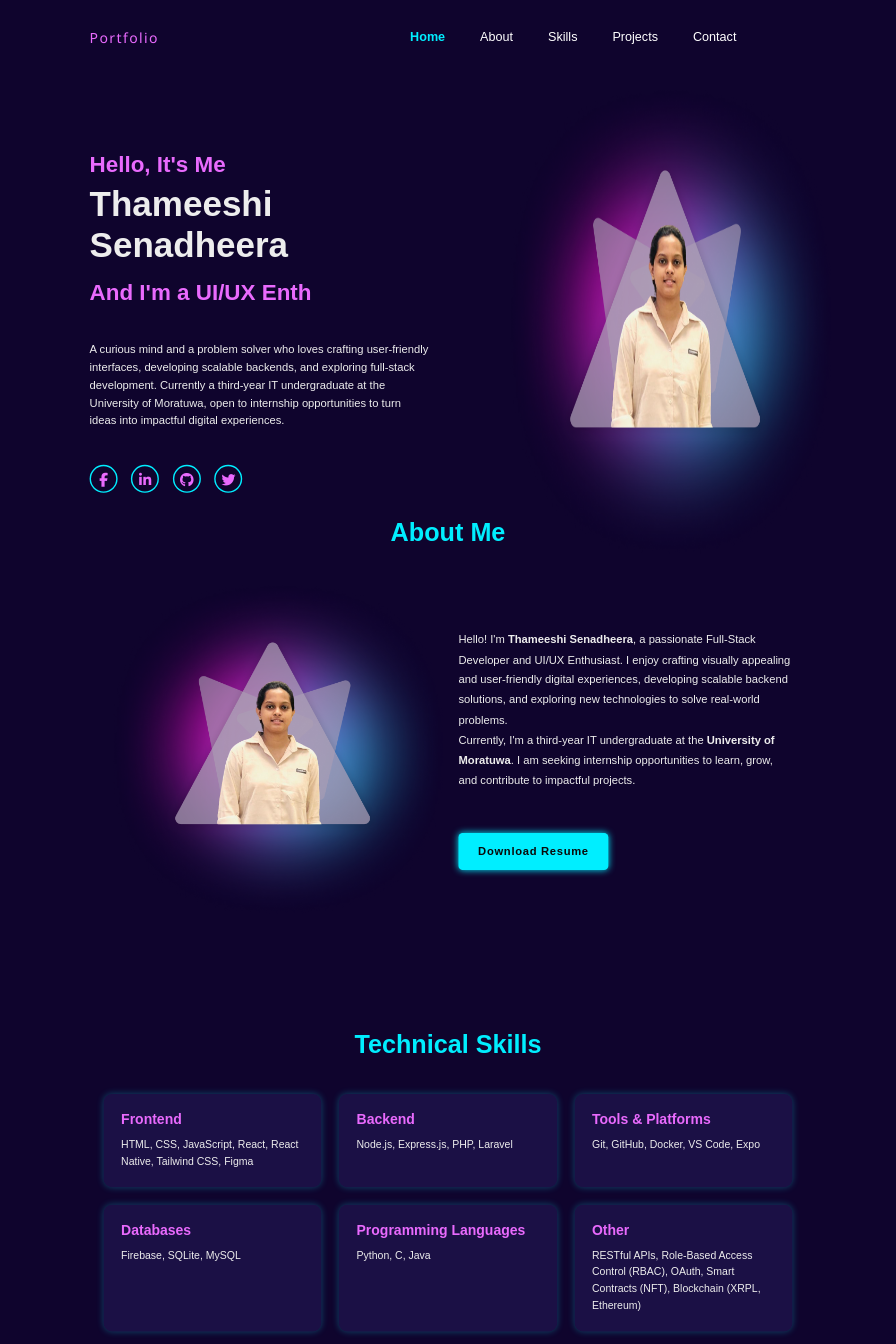
Repository: Thameeshi/portfolio-website
Page: http://localhost/
The author's editor kept a copy of each file at every save. The page is drawn from the files as they stood at one save, then again after the next save.
The browser window is 1280 px wide. The pictures show the part of the page from y = 0 to 1920 px (the page is 3616 px tall), at 70% of full size.
Some web libraries are served in a nearby version. The page is served by the project's Node server (server.js).

Above is the page before, as saved 2025-09-10 11:06:42.

### public/css/style.css
/* Reset */
* {
    margin: 0;
    padding: 0;
    box-sizing: border-box;
    font-family: 'Poppins', sans-serif;
}

/* Body */
body {
    background: #0F042D;
    color: #ededed;
    scroll-behavior: smooth;
    overflow-x: hidden;
}

/* Header */
.header {
    position: fixed;
    top: 0;
    left: 0;
    width: 100%;
    padding: 40px 10%;
    display: flex;
    justify-content: space-between;
    align-items: center;
    z-index: 100;
    transition: background 0.3s ease-in-out;
}

.logo {
    font-size: 20px;
    color: #E96AFD;
    text-decoration: none;
    font-weight: 550;
    letter-spacing: 2px;
    font-family: 'Segoe UI', Tahoma, Geneva, Verdana, sans-serif;
    transition: transform 0.3s ease;
}
.logo:hover { transform: scale(1.1) rotate(-3deg); }

.navbar {
    display: flex;
    align-items: center;
    margin-right: 100px;
}
.navbar a {
    display: inline-block;
    font-size: 18px;
    color: #fff;
    text-decoration: none;
    font-weight: 500;
    margin-left: 50px;
    position: relative;
    transition: color 0.3s ease;
}
.navbar a::after {
    content: '';
    position: absolute;
    left: 0;
    bottom: -5px;
    width: 0;
    height: 2px;
    background: #0ef;
    transition: width 0.3s;
}
.navbar a:hover { color: #0ef; }
.navbar a:hover::after { width: 100%; }
.navbar a.active { color: #0ef; font-weight: 700; }

/* Home Section */
.home {
    display: flex;
    align-items: center;
    justify-content: space-between;
    padding: 50px 10%;
    height: 100vh;
    gap: 50px;
}

.home-content {
    flex: 1;
    max-width: 600px;
    animation: fadeIn 2s ease-in-out;
    margin-top: 200px;
}
.home-content h3 { font-size: 32px; font-weight: 700; color: #E96AFD; margin-bottom: 10px; animation: slideInLeft 1s ease; }
.home-content h1 { font-size: 50px; font-weight: 800; margin-bottom: 20px; animation: slideInRight 1.2s ease; }
.home-content p { line-height: 1.6; font-size: 16px; margin-bottom: 25px; margin-top:50px;animation: fadeInUp 1.5s ease; }

.btn-box {
    display: inline-block;
    padding: 12px 28px;
    background: #0ef;
    border-radius: 6px;
    font-size: 16px;
    color: #0a0a0a;
    font-weight: 600;
    letter-spacing: 1px;
    text-decoration: none;
    transition: 0.3s;
    box-shadow: 0 0 10px #0ef;
}
.btn-box:hover {
    background: #0c9;
    box-shadow: 0 0 20px #0ef, 0 0 40px #0ef;
    transform: scale(1.05);
}

/* Social Links */
.home-sci { margin-top: 50px; }
.home-sci a {
    display: inline-block;
    width: 40px;
    height: 40px;
    border: 2px solid #0ef;
    border-radius: 50%;
    font-size: 20px;
    color: #E96AFD;
    text-align: center;
    line-height: 40px;
    margin-right: 15px;
    transition: 0.4s;
}
.home-sci a:hover {
    background: #E96AFD;
    color: #0a0a0a;
    box-shadow: 0 0 20px #E96AFD;
}

/* Image next to home-content */
.image {
    flex: 1;
    max-width: auto;
    animation: float 3s ease-in-out infinite;
}
.image img {
    width: 1000px;
    height: 700px;
    margin-left: 50px;
    margin-top: 200px;
}

/* Float animation */
@keyframes float {
    0%, 100% { transform: translateY(0); }
    50% { transform: translateY(-10px); }
}

/* About Section */
.about {
    padding: 70px 10%;
    color: #ededed;
    margin-top: -100px;
}
.about h2 { font-size: 36px; font-weight: 700; color: #0ef; margin-bottom: 40px; text-align: center; margin-top: 100px; }

.download { margin-top: 40px; }

.about-content {
    display: flex;
    align-items: center;
    justify-content: space-between;
    flex-wrap: wrap;
    gap: 30px;
    flex-direction: row-reverse;
}
.container { max-width: 1200px; margin: 0 auto; padding: 0 20px; margin-top: -50px; }
.about-text { flex: 1; min-width: 300px; font-size: 16px; line-height: 1.8; }
.about-text .btn-box { margin-top: 20px; }
.about-image { flex: 1; min-width: 400px; text-align: center; }
.about-image img { max-width: 500px; border-radius: 10px; }

/* Skills Section */
.skills {
    padding: 80px 10%;
    margin-top: 50px;
}
.skills h2 {
    font-size: 36px;
    font-weight: 700;
    color: #0ef;
    margin-bottom: 50px;
    text-align: center;
}
.skills-grid {
    display: grid;
    grid-template-columns: repeat(auto-fit, minmax(250px, 1fr));
    gap: 25px;
}
.skill-card {
    background: #1b1045;
    padding: 25px;
    border-radius: 12px;
    box-shadow: 0 0 10px rgba(14, 239, 255, 0.3);
    transition: transform 0.3s ease, box-shadow 0.3s ease;
}
.skill-card:hover {
    transform: translateY(-8px);
    box-shadow: 0 0 20px #0ef;
}
.skill-card h3 {
    font-size: 20px;
    color: #E96AFD;
    margin-bottom: 12px;
}
.skill-card p {
    font-size: 15px;
    line-height: 1.6;
    color: #ededed;
}

/* Projects Section */
.projects {
    padding: 80px 10%;
    margin-top: 50px;
}

.projects h2 {
    font-size: 36px;
    font-weight: 700;
    color: #0ef;
    margin-bottom: 50px;
    text-align: center;
}

.project-showcase {
    display: flex;
    justify-content: center;
    max-width: 1000px;
    margin: 0 auto;
}

.project-card {
    background: #1b1045;
    border-radius: 20px;
    overflow: hidden;
    box-shadow: 0 0 30px rgba(14, 239, 255, 0.2);
    transition: transform 0.3s ease, box-shadow 0.3s ease;
    width: 100%;
    display: flex;
    min-height: 500px;
}

.project-card:hover {
    transform: translateY(-5px);
    box-shadow: 0 0 40px rgba(14, 239, 255, 0.4);
}

.project-image-container {
    position: relative;
    flex: 1;
    overflow: hidden;
}

.project-images {
    position: relative;
    height: 100%;
    width: 100%;
}

.project-img {
    position: absolute;
    top: 0;
    left: 0;
    width: 100%;
    height: 100%;
    object-fit: cover;
    opacity: 0;
    transition: opacity 0.5s ease-in-out;
}

.project-img.active {
    opacity: 1;
}

.image-nav {
    position: absolute;
    bottom: 20px;
    left: 50%;
    transform: translateX(-50%);
    display: flex;
    gap: 10px;
    z-index: 3;
}

.nav-dot {
    width: 12px;
    height: 12px;
    border-radius: 50%;
    border: 2px solid rgba(255, 255, 255, 0.6);
    background: transparent;
    cursor: pointer;
    transition: all 0.3s ease;
}

.nav-dot:hover,
.nav-dot.active {
    background: #0ef;
    border-color: #0ef;
    transform: scale(1.2);
}

.project-overlay {
    position: absolute;
    top: 0;
    left: 0;
    right: 0;
    bottom: 0;
    background: linear-gradient(135deg, rgba(14, 239, 255, 0.8), rgba(233, 106, 253, 0.8));
    display: flex;
    align-items: center;
    justify-content: center;
    opacity: 0;
    transition: opacity 0.3s ease;
    z-index: 2;
}

.project-card:hover .project-overlay {
    opacity: 1;
}

.project-links {
    display: flex;
    gap: 20px;
}

.project-link {
    width: 60px;
    height: 60px;
    background: rgba(255, 255, 255, 0.2);
    border-radius: 50%;
    display: flex;
    align-items: center;
    justify-content: center;
    color: #fff;
    font-size: 24px;
    text-decoration: none;
    backdrop-filter: blur(10px);
    border: 2px solid rgba(255, 255, 255, 0.3);
    transition: all 0.3s ease;
}

.project-link:hover {
    background: rgba(255, 255, 255, 0.3);
    transform: scale(1.1);
    border-color: rgba(255, 255, 255, 0.6);
}

.project-info {
    flex: 1;
    padding: 40px;
    display: flex;
    flex-direction: column;
    justify-content: center;
}

.project-info h3 {
    font-size: 28px;
    color: #E96AFD;
    margin-bottom: 20px;
    font-weight: 700;
}

.project-info p {
    font-size: 16px;
    line-height: 1.7;
    color: #ededed;
    margin-bottom: 25px;
}

.project-features {
    display: grid;
    grid-template-columns: 1fr 1fr;
    gap: 15px;
    margin-bottom: 25px;
}

.feature {
    display: flex;
    align-items: center;
    gap: 8px;
    font-size: 14px;
    color: #ededed;
}

.feature i {
    color: #0ef;
    font-size: 16px;
}

.project-tech {
    display: flex;
    flex-wrap: wrap;
    gap: 10px;
}

.project-tech span {
    background: linear-gradient(135deg, #0ef, #E96AFD);
    color: #0a0a0a;
    padding: 8px 16px;
    border-radius: 25px;
    font-size: 13px;
    font-weight: 600;
    letter-spacing: 0.5px;
}

/* Responsive */
@media (max-width: 768px) {
    .projects {
        padding: 60px 5%;
    }

    .project-card {
        flex-direction: column;
        min-height: auto;
    }

    .project-image-container {
        height: 300px;
    }

    .project-info {
        padding: 30px 25px;
    }

    .project-info h3 {
        font-size: 24px;
    }

    .project-info p {
        font-size: 15px;
    }

    .project-features {
        grid-template-columns: 1fr;
        gap: 10px;
    }

    .project-links {
        gap: 15px;
    }

    .project-link {
        width: 50px;
        height: 50px;
        font-size: 20px;
    }
}

/* Add these styles to your existing stylesheet.css file */

/* Contact Section */
.contact {
    padding: 80px 10%;
    margin-top: 50px;
}

.contact h2 {
    font-size: 36px;
    font-weight: 700;
    color: #0ef;
    margin-bottom: 20px;
    text-align: center;
}

.contact > p {
    text-align: center;
    font-size: 18px;
    color: #ededed;
    margin-bottom: 50px;
    opacity: 0.8;
}

.contact-content {
    display: grid;
    grid-template-columns: 1fr 1fr;
    gap: 60px;
    max-width: 1200px;
    margin: 0 auto;
    align-items: start;
}

.contact-info {
    display: flex;
    flex-direction: column;
    gap: 30px;
}

.contact-item {
    background: #1b1045;
    padding: 25px;
    border-radius: 15px;
    text-align: center;
    transition: transform 0.3s ease, box-shadow 0.3s ease;
    border: 1px solid rgba(14, 239, 255, 0.1);
}

.contact-item:hover {
    transform: translateY(-5px);
    box-shadow: 0 10px 30px rgba(14, 239, 255, 0.2);
}

.contact-item i {
    font-size: 28px;
    color: #0ef;
    margin-bottom: 15px;
}

.contact-item h3 {
    font-size: 20px;
    color: #E96AFD;
    margin-bottom: 10px;
    font-weight: 600;
}

.contact-item p {
    color: #ededed;
    font-size: 16px;
}

.contact-form {
    background: #1b1045;
    padding: 40px;
    border-radius: 20px;
    box-shadow: 0 0 20px rgba(14, 239, 255, 0.1);
    border: 1px solid rgba(14, 239, 255, 0.1);
}

.form-group {
    margin-bottom: 25px;
}

.form-group input,
.form-group textarea {
    width: 100%;
    padding: 15px 20px;
    background: rgba(15, 4, 45, 0.8);
    border: 2px solid rgba(14, 239, 255, 0.2);
    border-radius: 10px;
    color: #ededed;
    font-size: 16px;
    font-family: 'Poppins', sans-serif;
    transition: all 0.3s ease;
    resize: vertical;
}

.form-group input:focus,
.form-group textarea:focus {
    outline: none;
    border-color: #0ef;
    box-shadow: 0 0 0 3px rgba(14, 239, 255, 0.1);
    transform: translateY(-2px);
}

.form-group input::placeholder,
.form-group textarea::placeholder {
    color: rgba(237, 237, 237, 0.6);
}

.form-group textarea {
    min-height: 120px;
    max-height: 200px;
}

.contact-form .btn-box {
    width: 100%;
    padding: 15px;
    font-size: 18px;
    margin-top: 10px;
    position: relative;
    overflow: hidden;
}

.contact-form .btn-box:hover {
    transform: translateY(-2px);
}

.contact-form .btn-box:active {
    transform: translateY(0);
}

/* Footer */
.footer {
    background: #1b1045;
    padding: 30px 10%;
    text-align: center;
    margin-top: 50px;
    border-top: 1px solid rgba(14, 239, 255, 0.1);
}

.footer p {
    color: #ededed;
    font-size: 14px;
    opacity: 0.8;
}

/* Enhanced responsive design */
@media (max-width: 768px) {
    .contact {
        padding: 60px 5%;
    }

    .contact-content {
        grid-template-columns: 1fr;
        gap: 40px;
    }

    .contact-form {
        padding: 25px 20px;
    }

    .form-group input,
    .form-group textarea {
        padding: 12px 15px;
        font-size: 14px;
    }

    .contact h2 {
        font-size: 28px;
    }

    .contact > p {
        font-size: 16px;
    }

    .contact-item {
        padding: 20px;
    }

    .contact-item i {
        font-size: 24px;
    }

    .contact-item h3 {
        font-size: 18px;
    }
}

@media (max-width: 480px) {
    .contact-form {
        padding: 20px 15px;
    }

    .form-group {
        margin-bottom: 20px;
    }

    .contact-info {
        gap: 20px;
    }

    .contact-item {
        padding: 15px;
    }
}

/* Additional animations */
@keyframes slideInLeft {
    from {
        transform: translateX(-50px);
        opacity: 0;
    }
    to {
        transform: translateX(0);
        opacity: 1;
    }
}

@keyframes slideInRight {
    from {
        transform: translateX(50px);
        opacity: 0;
    }
    to {
        transform: translateX(0);
        opacity: 1;
    }
}

/* Performance optimizations */
* {
    box-sizing: border-box;
}

img {
    max-width: 100%;
    height: auto;
}

/* Smooth transitions for better UX */
a, button {
    transition: all 0.3s ease;
}

/* Focus styles for accessibility */
a:focus,
button:focus,
input:focus,
textarea:focus {
    outline: 2px solid #0ef;
    outline-offset: 2px;
}

/* High contrast mode support */
@media (prefers-contrast: high) {
    .skill-card,
    .project-card,
    .contact-item,
    .contact-form {
        border: 2px solid #0ef;
    }
}

/* Reduced motion support */
@media (prefers-reduced-motion: reduce) {
    *,
    *::before,
    *::after {
        animation-duration: 0.01ms !important;
        animation-iteration-count: 1 !important;
        transition-duration: 0.01ms !important;
    }
}

/* Print styles */
@media print {
    .header,
    .contact-form,
    .project-overlay,
    .hamburger {
        display: none !important;
    }

    body {
        background: white !important;
        color: black !important;
    }

    .home,
    .about,
    .skills,
    .projects {
        page-break-inside: avoid;
        margin-bottom: 20px;
    }
}

/* Keyframe Animations */
@keyframes fadeIn { from { opacity: 0; } to { opacity: 1; } }
@keyframes slideInLeft { from { transform: translateX(-50px); opacity: 0; } to { transform: translateX(0); opacity: 1; } }
@keyframes slideInRight { from { transform: translateX(50px); opacity: 0; } to { transform: translateX(0); opacity: 1; } }
@keyframes fadeInUp { from { transform: translateY(30px); opacity: 0; } to { transform: translateY(0); opacity: 1; } }

/* Responsive */
@media (max-width: 768px) {
    .home {
        flex-direction: column;
        text-align: center;
        padding: 100px 5% 0;
        gap: 30px;
    }
    .home-content h1 { font-size: 36px; }
    .home-content h3 { font-size: 24px; }
    .image { max-width: 200px; margin-top: 20px; }
    .about-content { flex-direction: column; text-align: center; }
    .about-image img { max-width: 200px; margin-top: 20px; }
    .navbar a { margin-left: 20px; font-size: 16px; }
    .header { padding: 15px 5%; }
}

Loaded but not shown: public/js/main.js (628 lines, source omitted); server.js (274 lines, source omitted); views/index.ejs (352 lines, source omitted)

After the next save:
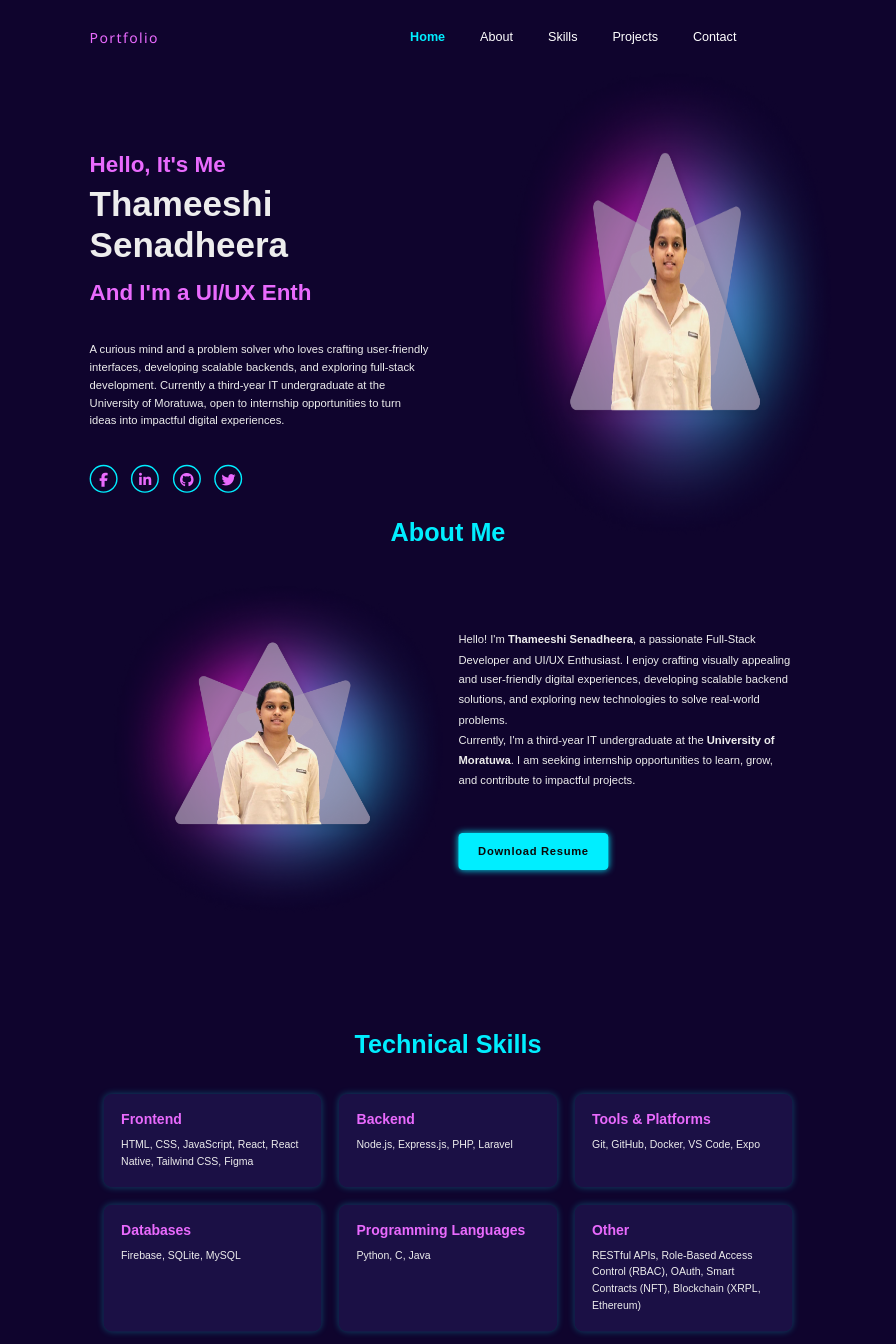
Saved 12 s later.
--- a/public/css/style.css
+++ b/public/css/style.css
@@ -138,7 +138,7 @@ body {
     width: 1000px;
     height: 700px;
     margin-left: 50px;
-    margin-top: 200px;
+    margin-top: 150px;
 }
 
 /* Float animation */
